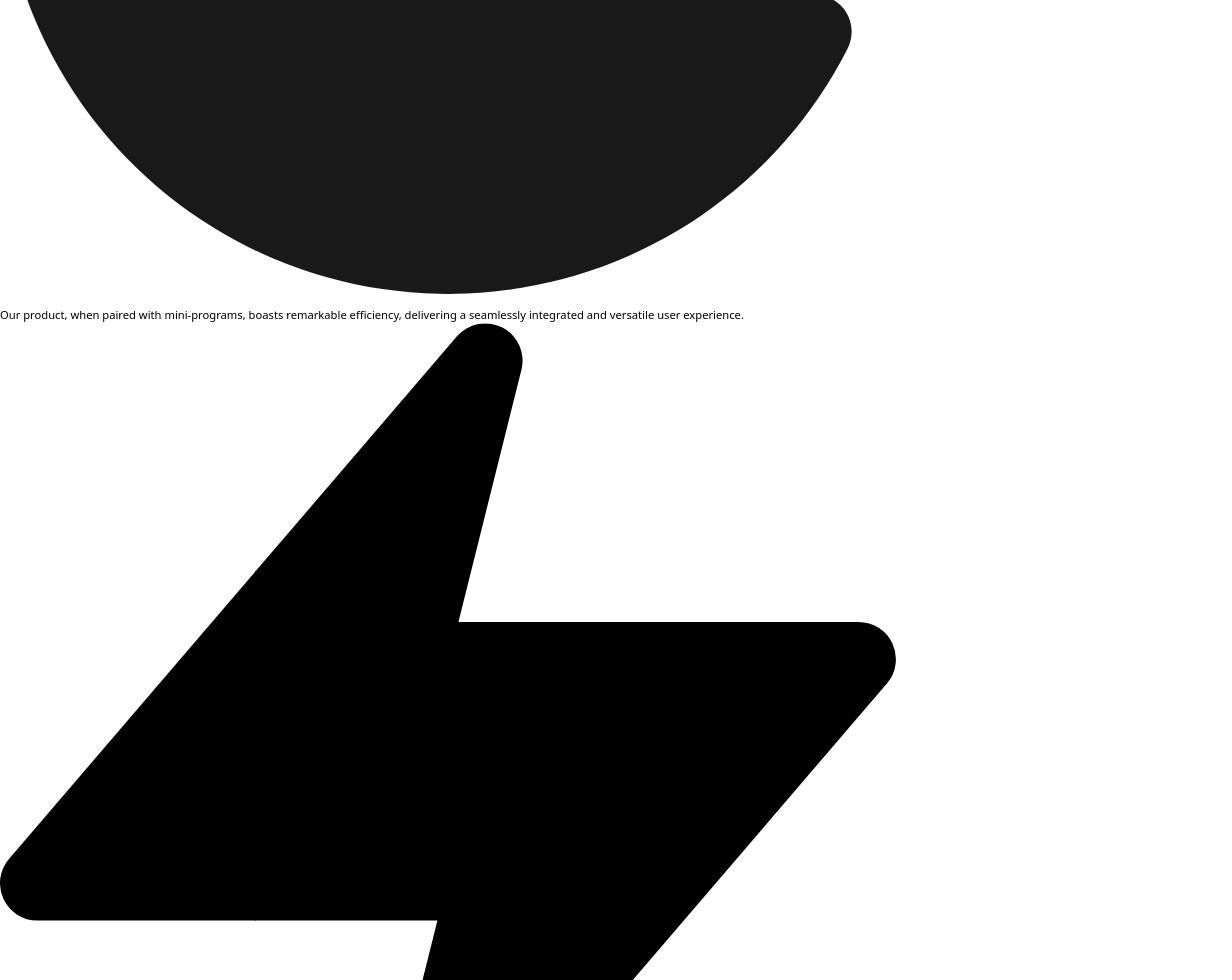
Repository: BarrySong97/flysky-landing
Page: /
These files come from the project's save history. The page is drawn as it stood at one moment and after the next save; the edit follows.
The browser window is 1280 px wide. The page is 1760 px wide, so the pictures cover 1760 px, including what lies to the right of the window. The pictures show the part of the page from y = 5100 to 6500 px (the page is 23751 px tall before and 23775 px after), at 70% of full size.
The project was rebuilt for these pictures with package versions that can differ from the ones it lists, and the page was loaded fresh each time. Also part of the build but not shown: vite.config.js, src/partials/Banner.jsx, src/pages/SignIn.jsx, src/pages/SignUp.jsx, src/pages/ResetPassword.jsx.

Above is the page before, as saved 2023-12-10 09:45:46.

After the next save:
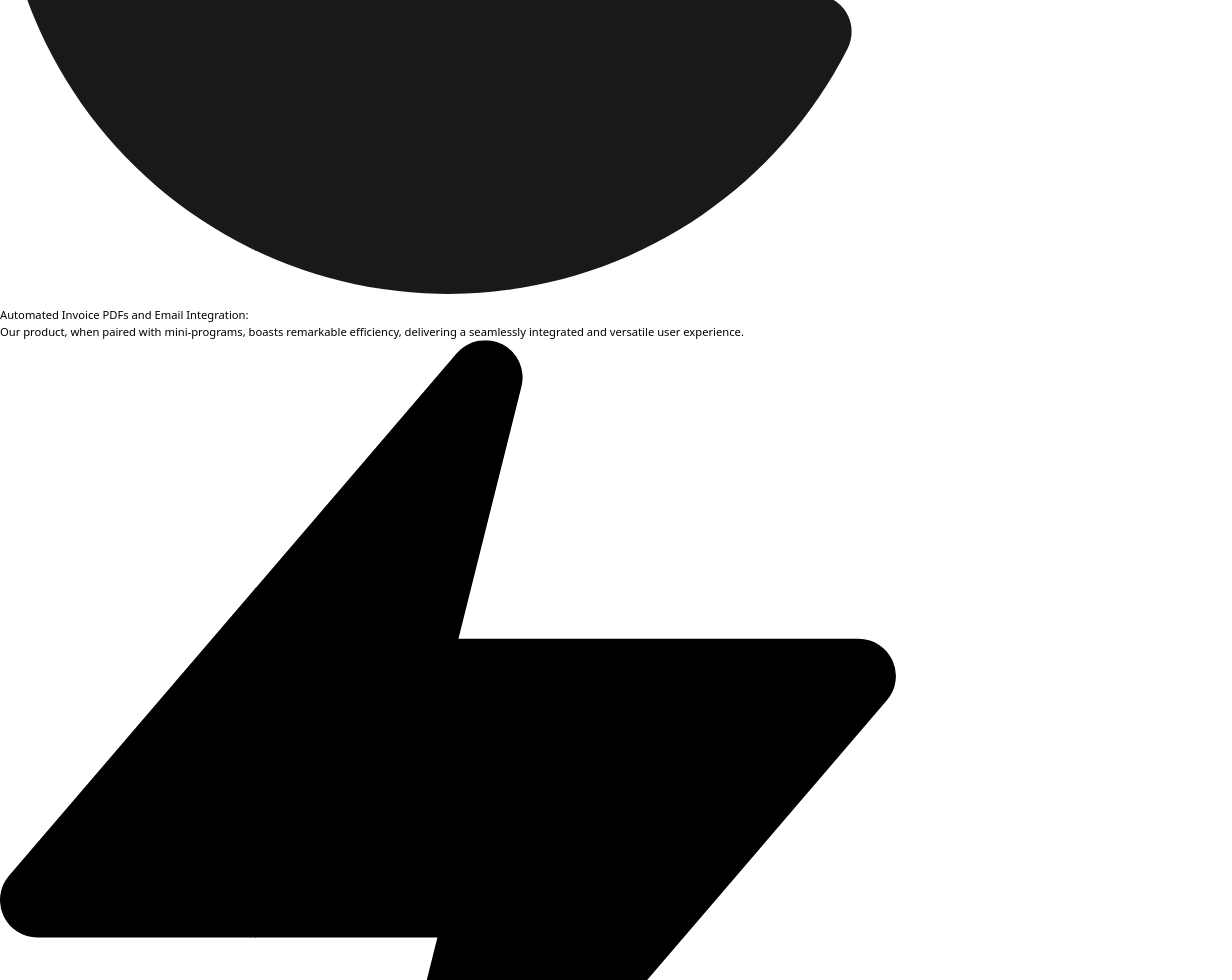
Saved 38 s later.
--- a/src/partials/Features.jsx
+++ b/src/partials/Features.jsx
@@ -178,6 +178,9 @@ function Features() {
                 >
                   <div>
                     <div className="font-bold leading-snug tracking-tight mb-1">
+                      Automated Invoice PDFs and Email Integration:
+                    </div>
+                    <div className="font-bold leading-snug tracking-tight mb-1">
                       Our product, when paired with mini-programs, boasts
                       remarkable efficiency, delivering a seamlessly integrated
                       and versatile user experience.
